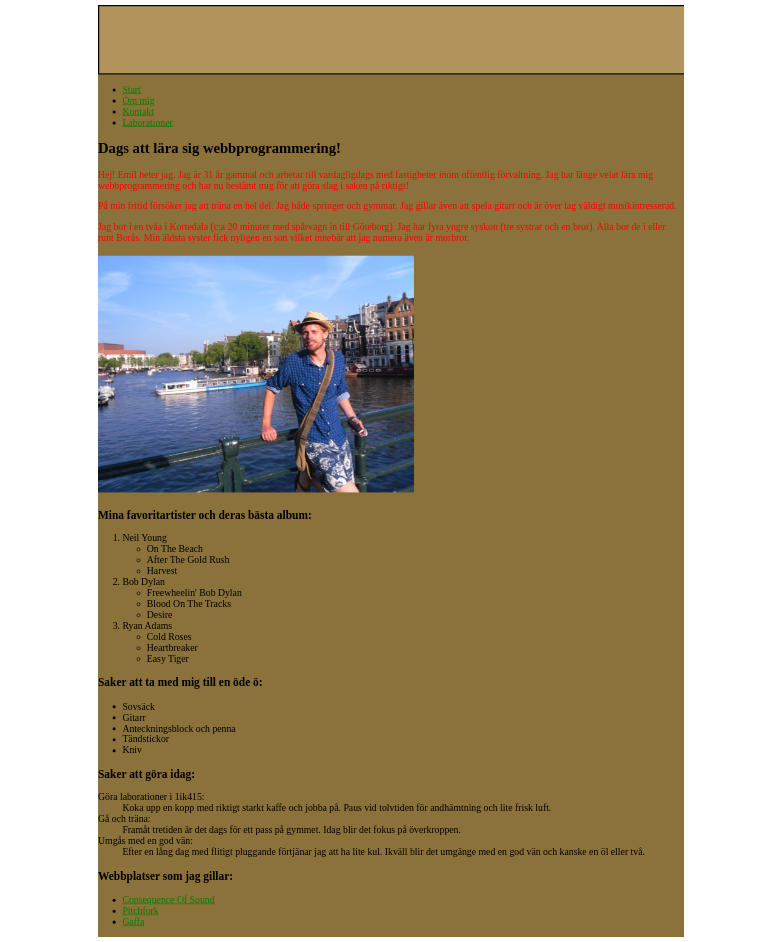
Repository: ea222vk/1ik415-laborationer
Page: Pages/presentation.html
The author's editor kept a record of every edit. The page is drawn from the files as they stood at one moment, then again after the next edit.
The browser window is 1280 px wide. The pictures show the whole page, at 61% of full size.

Above is the page before.

After the next edit:
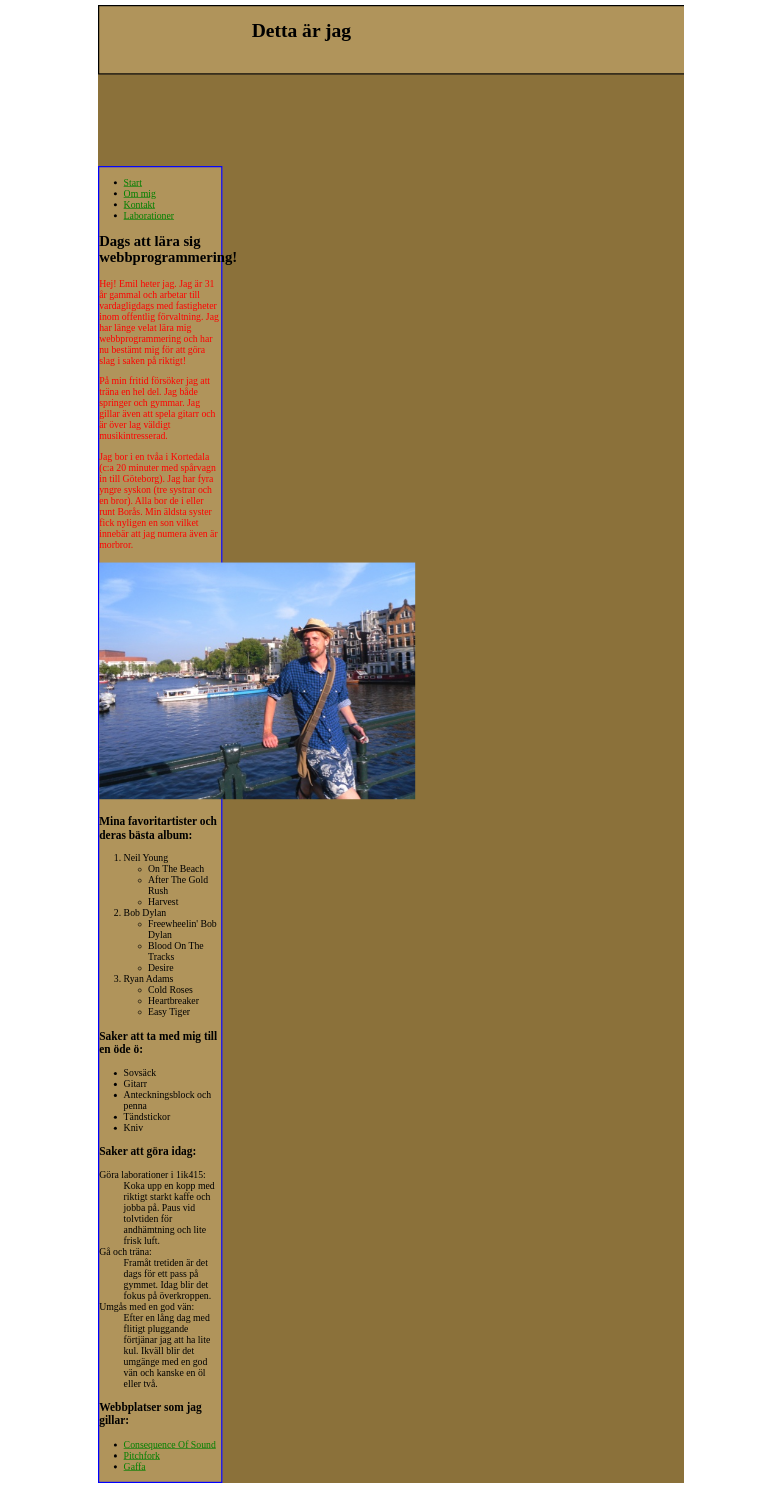
The edit:
--- a/Pages/presentation.html
+++ b/Pages/presentation.html
@@ -10,9 +10,10 @@
              <div id="container">
 
              <div id="header">
+              <h1>Detta är jag</h1>
+             </div>
 
-
-             </div>
+             <div id="navigation">
 
              <ul>
                   <li><a href="../index.html">Start</a></li>
